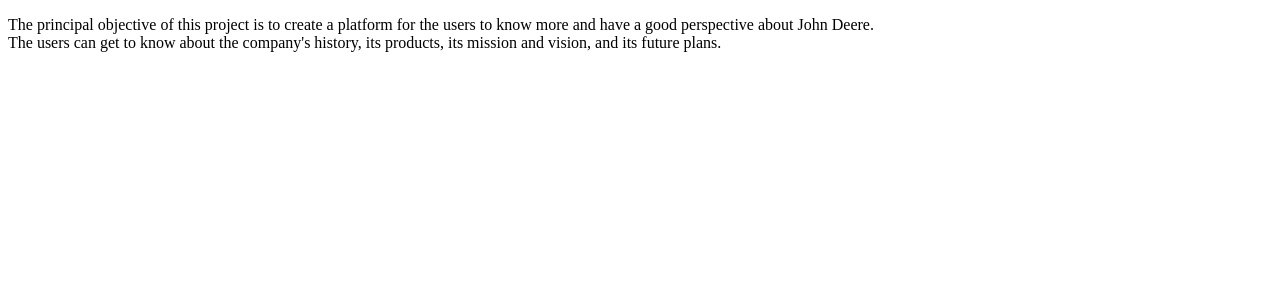
Repository: EduardoJunqueira2004/WEBJohnDeere
Page: aboutus.html
An editor plug-in stored every save of this project. The page is shown before and after the next save, followed by the edit.
The browser window is 1280 px wide. The pictures show the whole page.

Above is the page before, as saved 2024-12-05 11:30:14.

After the next save:
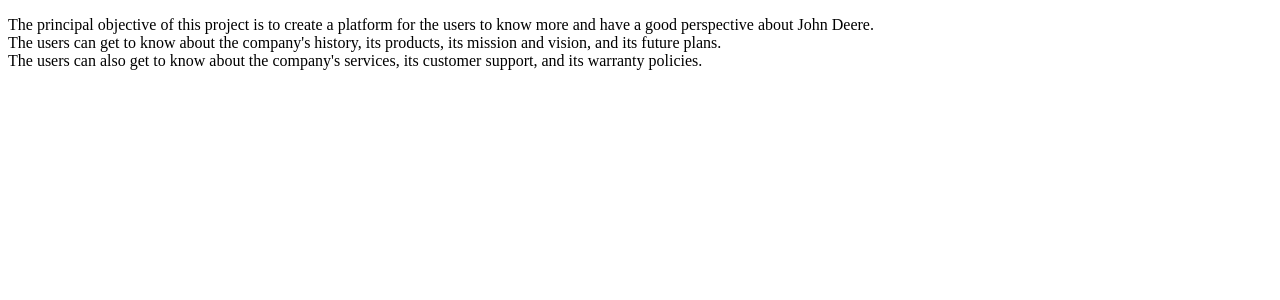
Saved 6 s later.
--- a/aboutus.html
+++ b/aboutus.html
@@ -9,6 +9,7 @@
     <p>
         The principal objective of this project is to create a platform for the users to know more and have a good perspective about John Deere.<br>
         The users can get to know about the company's history, its products, its mission and vision, and its future plans.<br>
+        The users can also get to know about the company's services, its customer support, and its warranty policies.<br>
 
     </p>
 </body>
